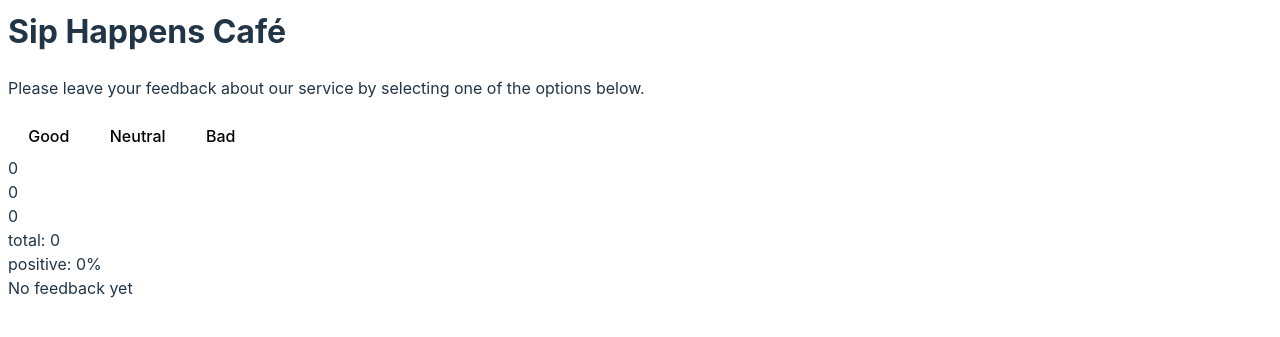
Repository: Evgeniya-Tishakova/goit-react-hw-02
Page: /
These files come from the project's save history. The page is drawn as it stood at one moment and after the next save; the edit follows.
The browser window is 1280 px wide. The pictures show the whole page.
The project was rebuilt for these pictures with package versions that can differ from the ones it lists, and the page was loaded fresh each time. Also part of the build but not shown: vite.config.js, src/components/Feedback/Feedback.module.css, src/components/Options/Options.module.css.

Above is the page before, as saved 2025-02-27 23:06:07.

After the next save:
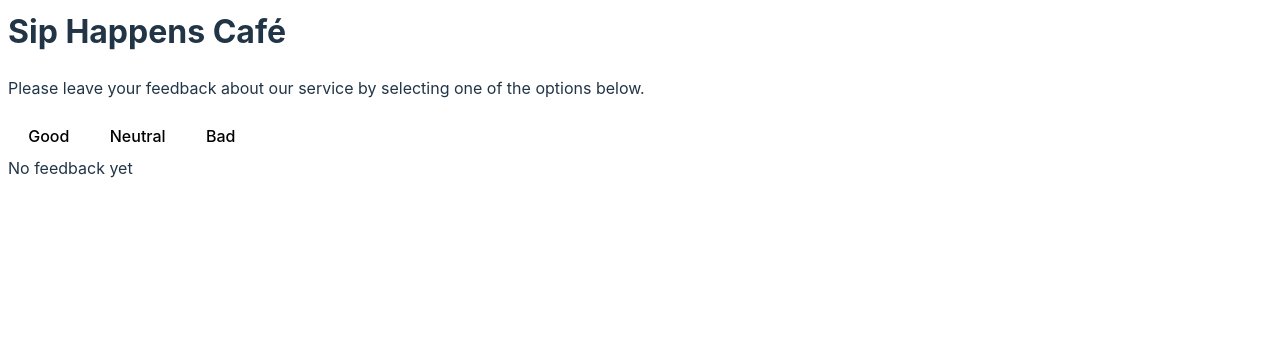
Saved 18 s later.
--- a/src/components/App/App.jsx
+++ b/src/components/App/App.jsx
@@ -39,7 +39,9 @@
         reset={reset}
         isShown={totalFeedback > 0}
       />
-      <Feedback rewiewType={rewiewType} totalFeedback={totalFeedback} />
+      {totalFeedback > 0 && (
+        <Feedback rewiewType={rewiewType} totalFeedback={totalFeedback} />
+      )}
       {totalFeedback <= 0 && <Notification />}
     </>
   );

After the save that followed:
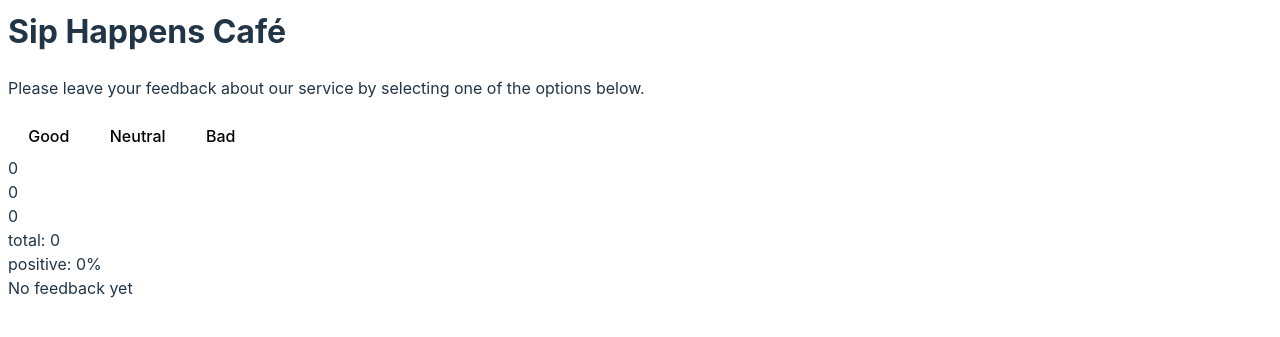
Saved 40 s later.
--- a/src/components/App/App.jsx
+++ b/src/components/App/App.jsx
@@ -39,9 +39,7 @@
         reset={reset}
         isShown={totalFeedback > 0}
       />
-      {totalFeedback > 0 && (
-        <Feedback rewiewType={rewiewType} totalFeedback={totalFeedback} />
-      )}
+      {<Feedback rewiewType={rewiewType} totalFeedback={totalFeedback} />}
       {totalFeedback <= 0 && <Notification />}
     </>
   );
